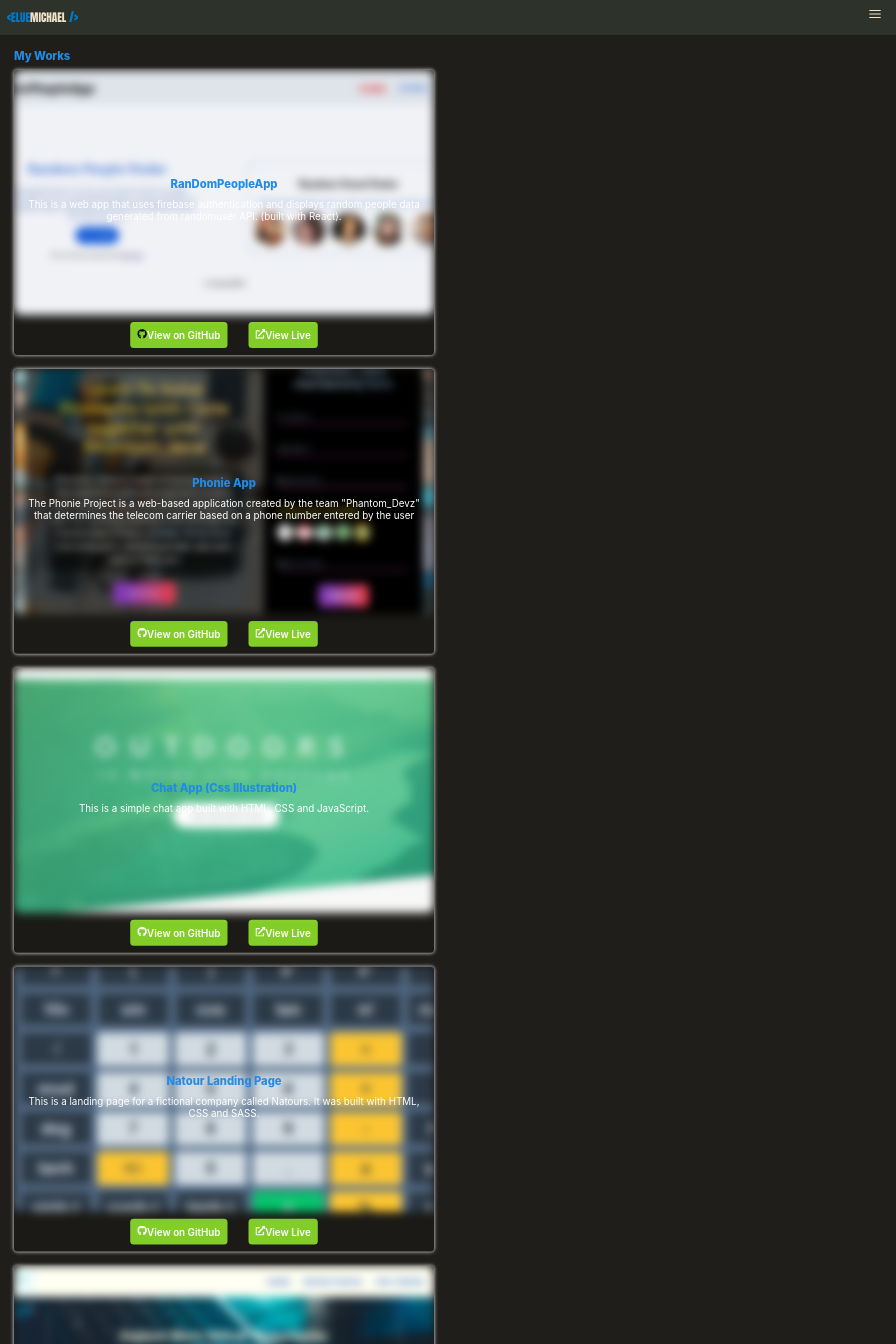
Repository: MikkyPrestige/portfolio
Page: /projects
An editor plug-in stored every save of this project. The page is shown before and after the next save, followed by the edit.
The browser window is 1280 px wide. The pictures show the part of the page from y = 0 to 1920 px (the page is 5651 px tall), at 70% of full size.
The project was rebuilt for these pictures with package versions that can differ from the ones it lists, and the page was loaded fresh each time. Also part of the build but not shown: src/components/avatar.jsx, src/components/home.jsx, src/components/about.jsx, src/components/fallback.jsx.

Above is the page before, as saved 2023-02-21 18:10:22.

After the next save:
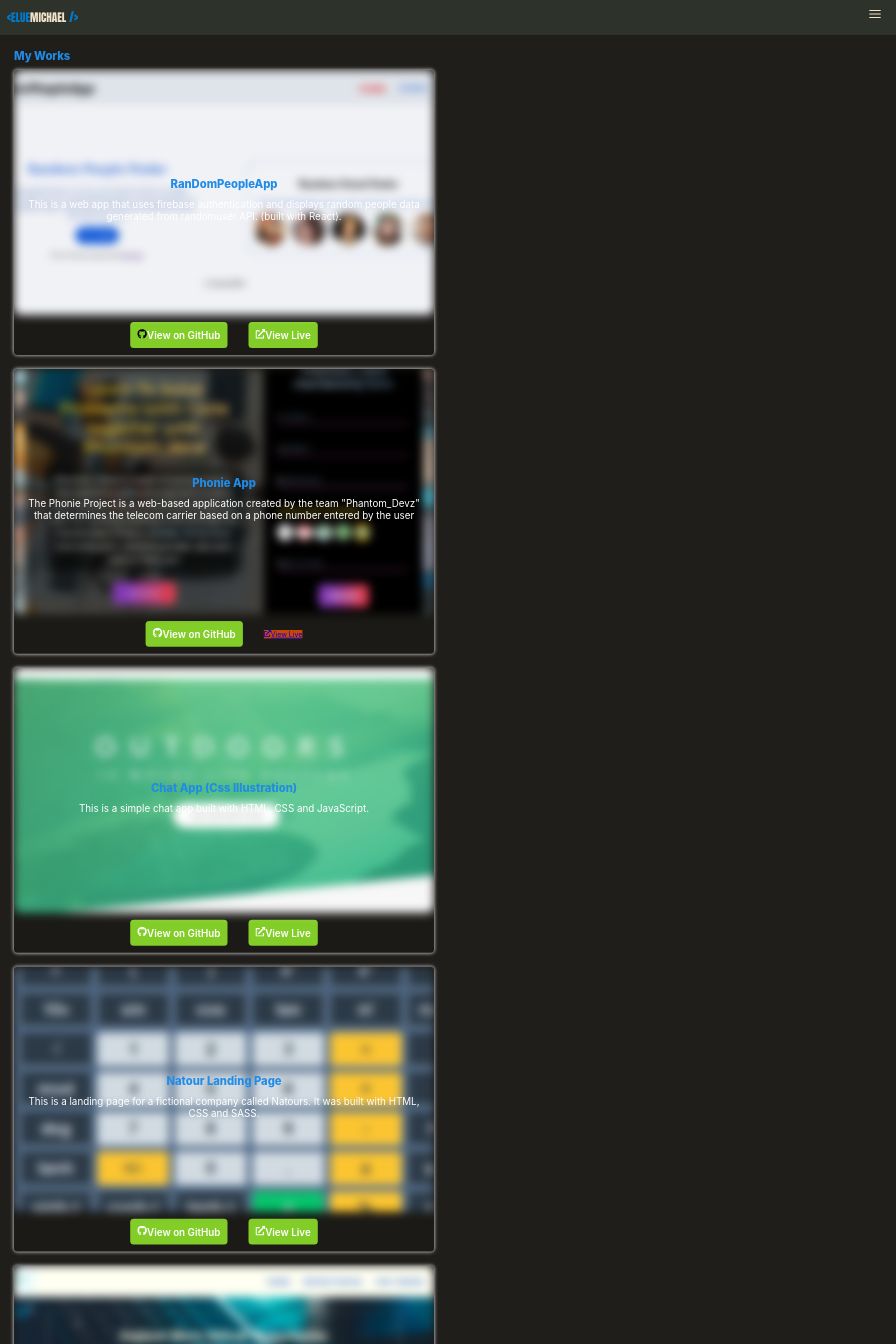
Saved 15 s later.
--- a/src/components/projects.jsx
+++ b/src/components/projects.jsx
@@ -61,7 +61,7 @@
             <Link
               to={{ pathname: "https://phantom-devz-phonie.netlify.app/" }}
               target="_blank"
-              className="project--card__links__link primary-color-bg"
+              className="primary-color-bg"
             >
               <FaExternalLinkAlt />
               View Live

After the save that followed:
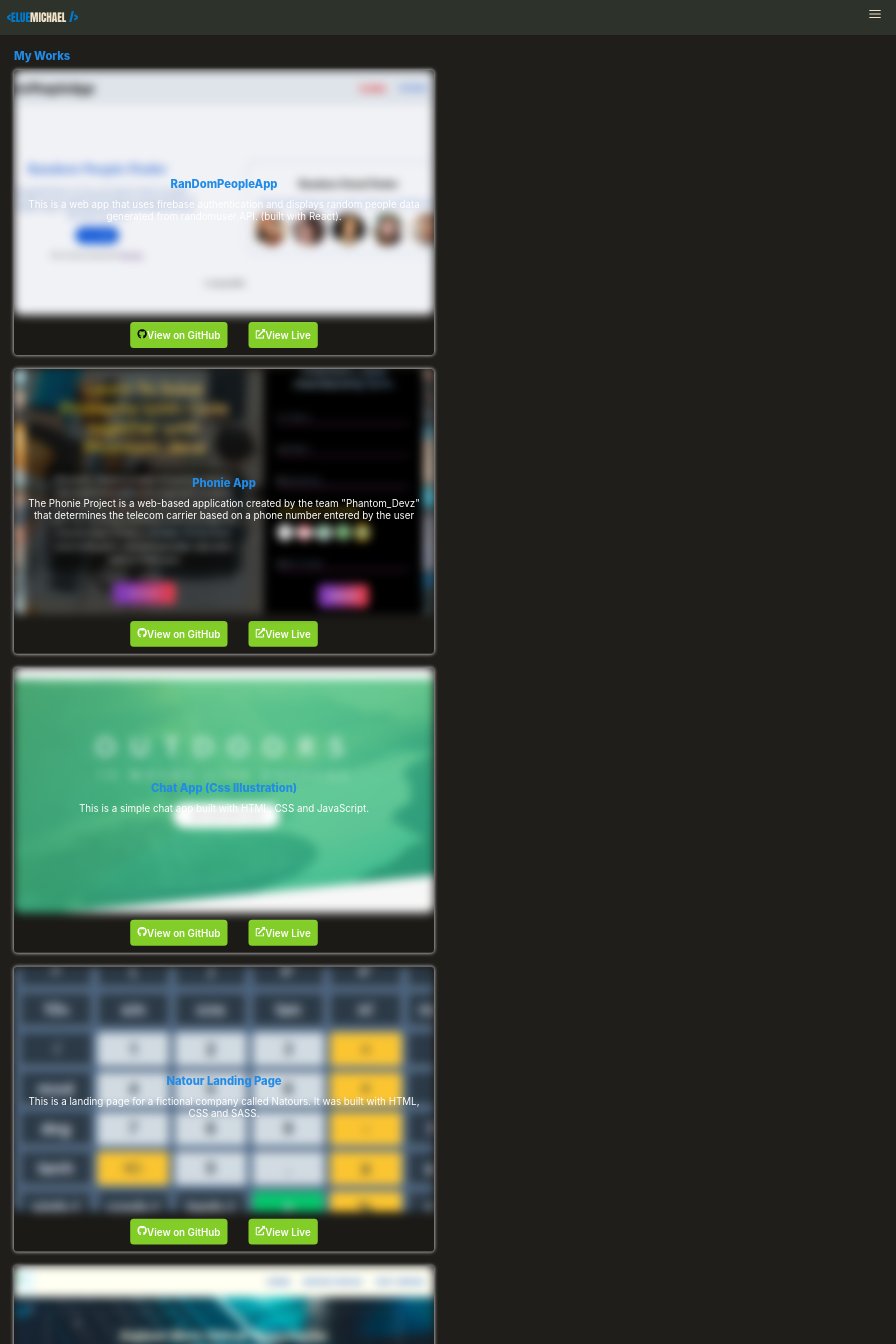
Saved 28 s later.
--- a/src/components/projects.jsx
+++ b/src/components/projects.jsx
@@ -61,7 +61,7 @@
             <Link
               to={{ pathname: "https://phantom-devz-phonie.netlify.app/" }}
               target="_blank"
-              className="primary-color-bg"
+              className="project--card__links__link primary-color-bg"
             >
               <FaExternalLinkAlt />
               View Live
